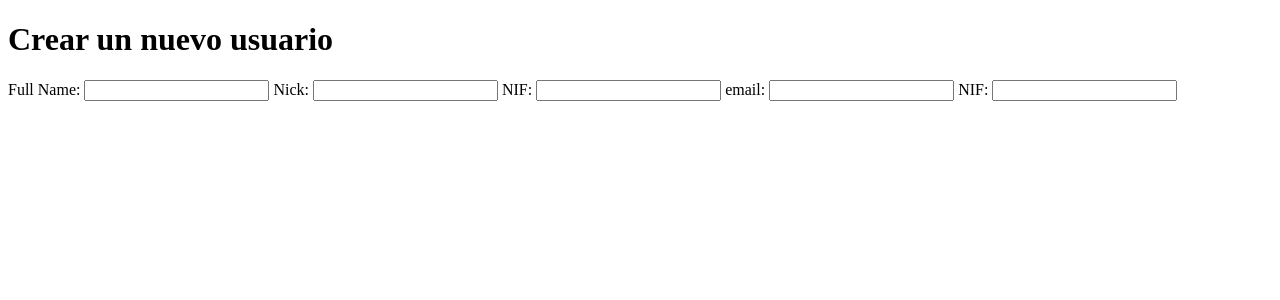
Repository: VinnySil/membresia
Page: http://localhost/users/create
The author's editor kept a copy of each file at every save. The page is drawn from the files as they stood at one save, then again after the next save.
The browser window is 1280 px wide. The pictures show the whole page.
The page is served by the project's Laravel application, run on PHP 8.4 with Laravel 12.

Above is the page before, as saved 2024-12-06 19:18:03.

After the next save:
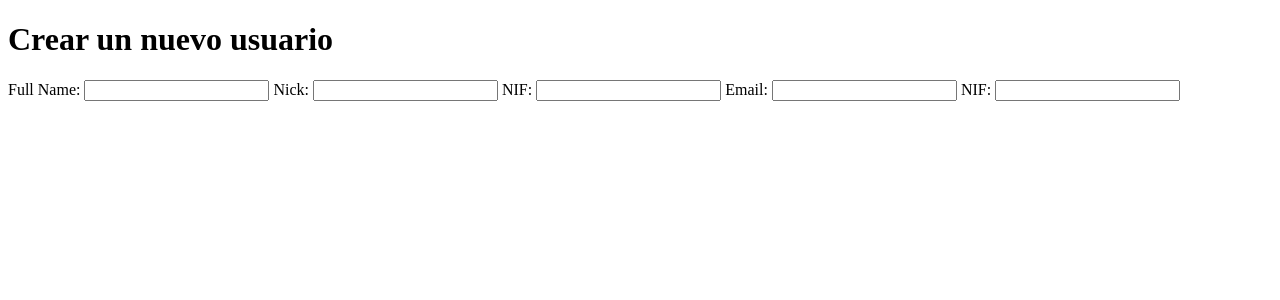
Saved 9 s later.
--- a/resources/views/users/create.blade.php
+++ b/resources/views/users/create.blade.php
@@ -16,7 +16,7 @@
         <input type="text" name="nick">
         <label for="nif">NIF:</label>
         <input type="text" name="nif">
-        <label for="email">email:</label>
+        <label for="email">Email:</label>
         <input type="text" name="email">
         <label for="nif">NIF:</label>
         <input type="text" name="nif">
